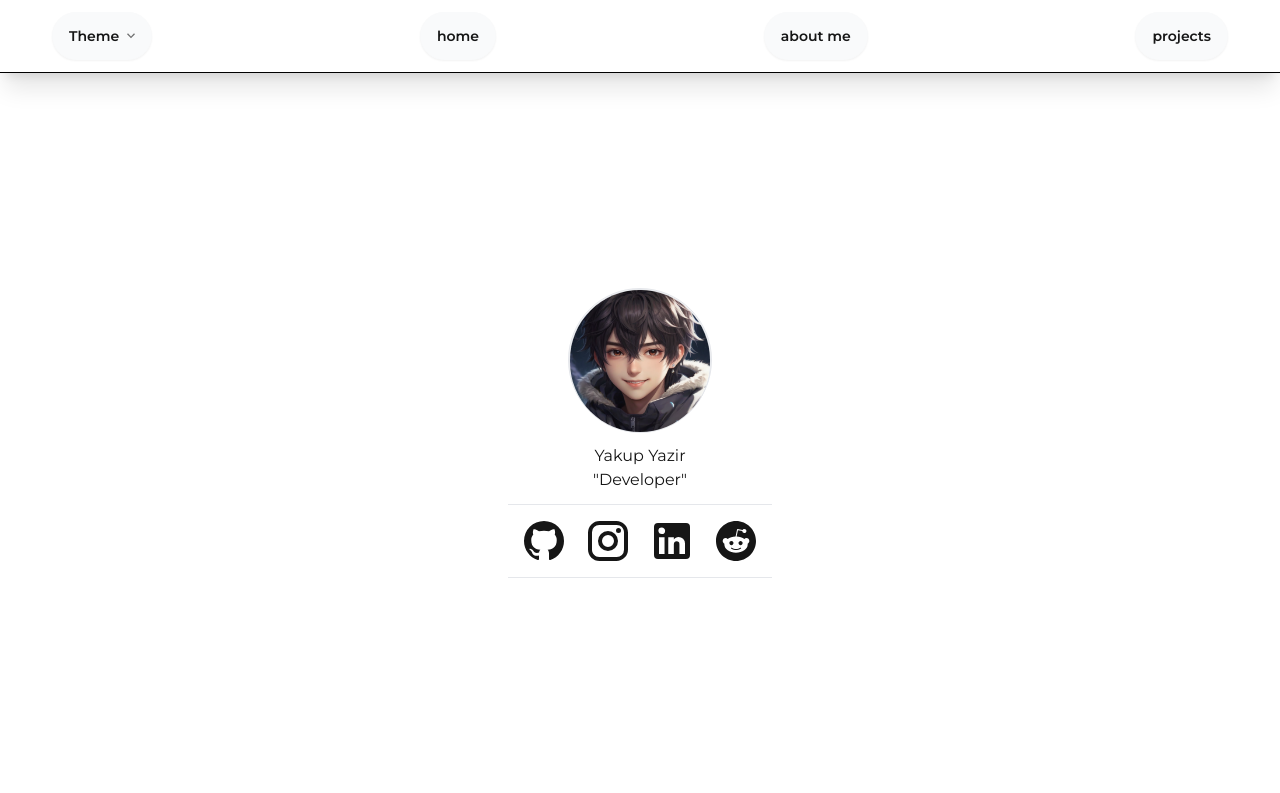
Repository: Yakyaz/myWebsite
Page: /home
An editor plug-in stored every save of this project. The page is shown before and after the next save, followed by the edit.
The browser window is 1280 px wide. The pictures show the whole page.
The project was rebuilt for these pictures with package versions that can differ from the ones it lists, and the page was loaded fresh each time. The framework's server and built-in components were replaced by stand-ins that run in the browser. Also part of the build but not shown: next.config.js.

Above is the page before, as saved 2023-12-03 19:00:13.

After the next save:
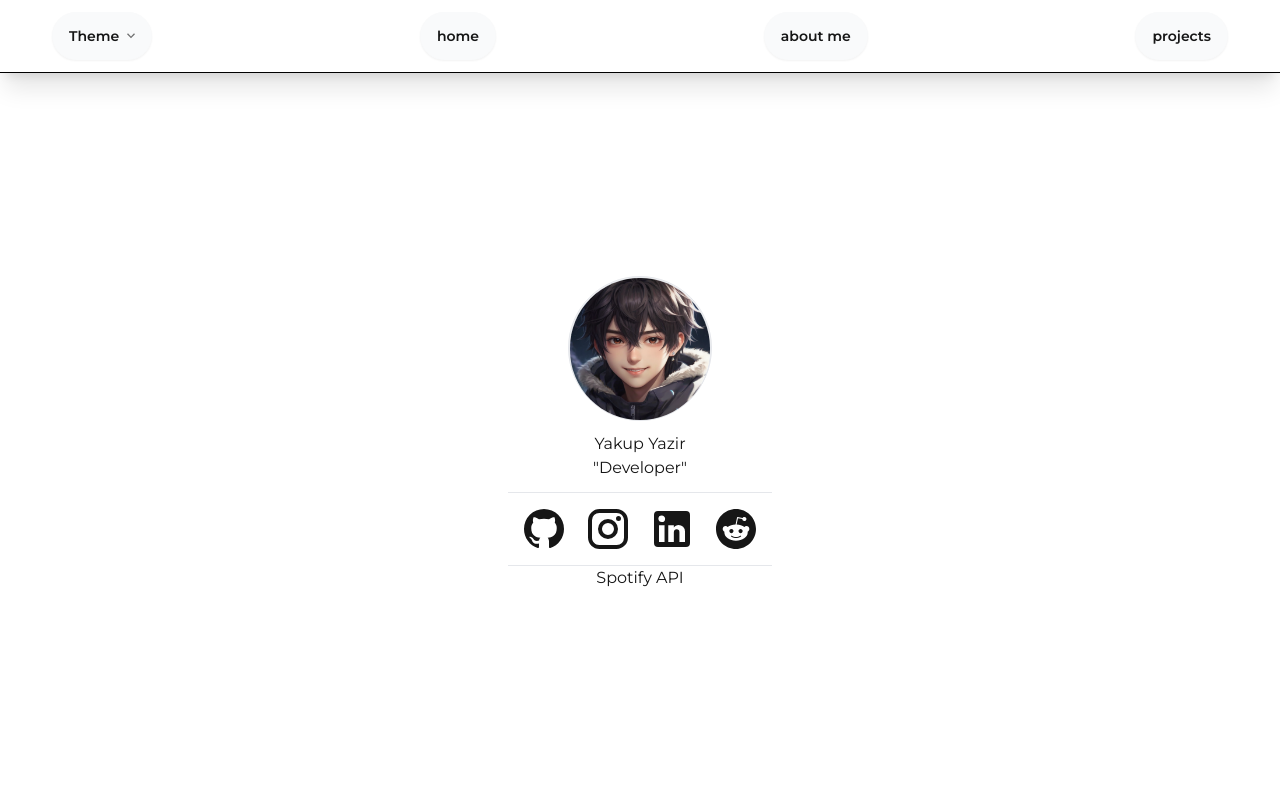
Saved 8 min 24 s later.
--- a/app/home/page.tsx
+++ b/app/home/page.tsx
@@ -43,6 +43,7 @@
               <Icon path={mdiReddit} size={2} />
             </a>
           </div>
+          <div>Spotify API</div>
         </div>
       </div>
     </main>

After the save that followed:
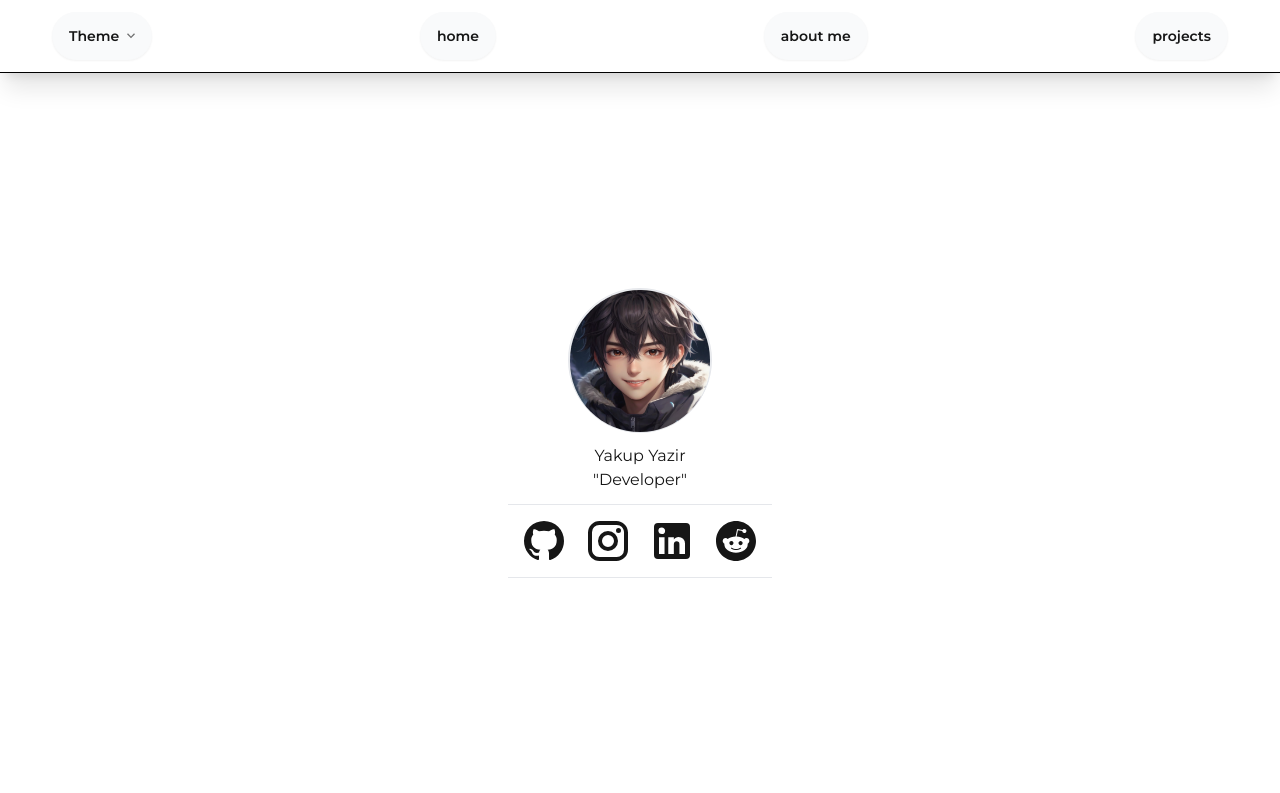
Saved 42 s later.
--- a/app/home/page.tsx
+++ b/app/home/page.tsx
@@ -43,7 +43,6 @@
               <Icon path={mdiReddit} size={2} />
             </a>
           </div>
-          <div>Spotify API</div>
         </div>
       </div>
     </main>
